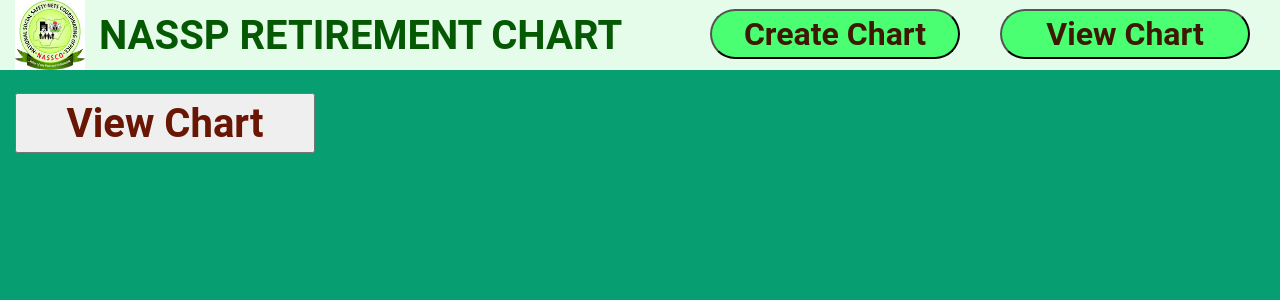
Repository: sheddy1/nasspchart
Page: http://localhost/
An editor plug-in stored every save of this project. The page is shown before and after the next save, followed by the edit.
The browser window is 1280 px wide. The pictures show the whole page.
The page is run by PHP 8.4 with error messages shown; the project is at /var/www/html/.

Above is the page before, as saved 2022-04-06 17:22:59.

### index.php
<!DOCTYPE html>
<html lang="en">
<head>
    <meta charset="UTF-8">
    <meta http-equiv="X-UA-Compatible" content="IE=edge">
    <meta name="viewport" content="width=device-width, initial-scale=1.0">
    <title>NASSP CHART</title>

    <link rel="stylesheet" href="index1.css">
</head>

<body>
    <div id="header">
        <img src="images/images.jpg" class="logo-image">

        <label class="logo-text">NASSP RETIREMENT CHART</label>

        <form action="" method="POST">
            <button class="view-chart" name="view-chart">
                View Chart
            </button>

            <button class="create-chart" name="create-chart">
                Create Chart
            </button>
        </form>
    </div>

    <input type="text">

    <?php
        $page = 2;
        $edit_chart = 1;

        if(isset($_POST['view-chart']))
        {
            // echo"<script>alert('you can view chart')</script>";
            $page = 2;

        }

        if(isset($_POST['create-chart']))
        {
            //  echo"<script>alert('you can create chart')</script>";

            $page = 1;
        }


         if($page == 1)
        {
            $user = "root";
            $pass = "";
            $db ="nassp";
            $db = new mysqli('localhost',$user,$pass,$db)
            or die("could not connect");

            $con1="SELECT * FROM employee ";

            $con1a = mysqli_query($db,$con1);

            $con1b  = mysqli_num_rows($con1a);

          $no1= $con1b;

            echo "
                <form method='POST' action=''>
                    <div id='chart-name'>
                        <label class='chartname1'>
                        Chart Name
                        </label>

                        <input type='text' class='chart-name-text' name='chart-name-text'>
                    </div>

                    <div id='chart-month'>
                        <label class='chartname1'>
                        Chart Month
                        </label>

                        <select name='chart-month-select'
                         class='chart-name-text'>
                            <option value='1'>January</option>
                            <option value='2'>Febuary</option>
                            <option value='3'>March</option>
                            <option value='4'>April</option>
                            <option value='5'>May</option>
                            <option value='6'>June</option>
                            <option value='7'>July</option>
                            <option value='8'>August</option>
                            <option value='9'>September</option>
                            <option value='10'>October</option>
                            <option value='11'>November</option>
                            <option value='12'>December</option>
                        </select>
                    </div>

                    <div id='employees'>
             <label class='chartname1'>
             Employees Name
             </label>

             <div class='employee-div1'>

             <table class='employees-table'>

             <tr class='employees-table-row'>
                 <th>Employees</th>
                 </tr>

             ";
             for($x = 0; $x<$no1; $x++)
             {
                 $row = mysqli_fetch_array($con1a);

                 echo"<tr class='employees-table-row1'><th>".$row['employee']."</th></tr  >";
             }
             echo"

             </table>
             </div>

         </div>

            <input type ='submit' value='Create Chart' name='btn-chart' class='btn-chart'>

            </form>";





            echo"
            <form method='POST' action=''>
            <div id='add-employee'>
                    <label class='chartname1'>
                    Add Employee
                    </label>

                    <input type='text'
                     class='chart-name-text' name='employee-name-text'>

                     <button type='submit' id ='add-employee-button'
                     name='add-employee-button'>
                        Add Employee
                     </button>


                </div>
                </form>
            ";



        }

        else if($page == 2)
        {
            echo"
                <form method='POST' action=''>
                    <button class='view-chart2' name='view_chart2'>
                        View Chart
                    </button>
                    <button name='edit_chart2' name='edit_chart2'>
                        Edit Chart
                    </button>
                </form>
            ";

            if(isset($_POST['edit_chart2']))
            {
               echo"
               <script>
               alert('God is good')
           </script>
               ";
            }
        }

        if(isset($_POST['add-employee-button']))
        {
            header("refresh: 0;");

            $employee = $_POST['employee-name-text'];

            // echo"<script>alert('the stuff is');</script>";

            $user = "root";
            $pass = "";
            $db ="nassp";
            $db = new mysqli('localhost',$user,$pass,$db)
            or die("could not connect");

            $open = "open";

            $insert_employee = "INSERT INTO employee (employee) VALUES ('$employee')";

            mysqli_query($db,$insert_employee);

            mysqli_close($db);




        }

        if(isset($_POST['btn-chart']))
        {
            // header("refresh: 3;");

            // location.reload();

            echo"<script>alert('posted');</script>";

            $name = $_POST['chart-name-text'];

            $month = $_POST['chart-month-select'];

            $user = "root";
            $pass = "";
            $db ="nassp";
            $db = new mysqli('localhost',$user,$pass,$db)
            or die("could not connect");

            $con1="SELECT * FROM employee";

            $con1a = mysqli_query($db,$con1);

            $con1b  = mysqli_num_rows($con1a);

            $no1= $con1b;

            $open = "open";

            $closed = "closed";

            $row = mysqli_fetch_array($con1a);

            $employee = $row['employee'];

            $idnum = rand(10000,99999);


            for($x = -1; $x<=$no1; $x++)
                 {
                    $row = mysqli_fetch_assoc($con1a);

                    $employee = $row['employee'];

                    // echo"<tr class='employees-table-row1'><th>".$row['employee']."</th></tr  >";

                    $insert_chart = "INSERT INTO employees (employee,table1,month1,id,`1`,`2`,`3`,`4`,`5`,`6`,`7`,`8`,`9`,`10`,`11`,`12`,`13`,`14`,`15`,`16`,`17`,`18`,`19`,`20`,`21`,`22`,`23`,`24`,`25`,`26`,`27`,`28`,`29`,`30`,`31`) VALUES
                    ('$employee','$name','$month','$idnum','$open','$open','$open','$open','$open','$open','$open','$open','$open','$open','$open','$open','$open','$open','$open','$open','$open','$open','$open','$open','$open','$open','$open','$open','$open','$open','$open','$open','$open','$open','$open')";

                    mysqli_query($db,$insert_chart);
                }

                $page = 2;
        }

        // if(isset($_POST['chart-name-text']))
        // {
        //     echo"<script>alert('the stuff is');</script>";
        // }
    ?>
</body>
</html>

### index1.css
body{
    background-color: #079E71;
}

#header{
 height: 70px;
width: 100%;
position: absolute;
left: 0px;
top: 0px;
border-radius: 0px;
background: #E5FCEA;
}

.logo-image{
    position: absolute;
width: 70px;
height: 70px;
left: 15px;
top: 0px;
}

.logo-text{
    position: absolute;
width: 700px;
height: 47px;
left: 99px;
top: 12px;

font-family: 'Roboto';
font-style: normal;
font-weight: 700;
font-size: 40px;
line-height: 47px;
/* identical to box height */


color: #055903;
}

.view-chart{
    position: absolute;
width: 250px;
height: 50px;
right: 30px;
top: 9px;

background: #4BFF73;
border-radius: 50px;

font-family: 'Roboto';
font-style: normal;
font-weight: 700;
font-size: 32px;
line-height: 38px;
/* identical to box height */


color: #3F1802;
}

.create-chart{
    position: absolute;
width: 250px;
height: 50px;
right: 320px;
top: 9px;

background: #4BFF73;
border-radius: 50px;

font-family: 'Roboto';
font-style: normal;
font-weight: 700;
font-size: 32px;
line-height: 38px;
/* identical to box height */


color: #3F1802;
}

#chart-name{
    position: absolute;
width: 570px;
height: 137px;
left: 80px;
top: 100px;
/* background-color: red; */
}

.chartname1{
    position: absolute;
left: 0px;
top: 0px;

font-family: 'Roboto';
font-style: normal;
font-weight: 700;
font-size: 40px;
line-height: 47px;
/* identical to box height */


color: #FFFFFF;
}

.chart-name-text{
    position: absolute;
width: 562px;
height: 55px;
left: 0px;
bottom: 0px;
font-size:40px;
background: #ffffff;
}

#chart-month{
    position: absolute;
width: 570px;
height: 137px;
right: 80px;
top: 100px;
/* background-color: red; */
}

#employees{
    position: absolute;
width: 570px;
height: 137px;
left: 80px;
top: 300px;
/* background-color: red; */
}

.employee-div1{
    position: absolute;
width: 562px;
height: 300px;
left: 0px;
top: 70px;
overflow: auto;
font-size: 30px;
background: #ffffff;
text-align: center;
}

.employees-table{
    text-align: center;
    width: 100%;
    height: 100%;
}

.employees-table-row{
    text-align: center;
width: 100%;
height: 50px;
background: #DCD884;
}

.employees-table-row1{
    text-align: center;
width: 100%;
height: 50px;

}

#add-employee{
    position: absolute;
width: 570px;
height: 137px;
right: 80px;
top: 300px;
/* background-color: red; */
}

#add-employee-button{
    position: absolute;
width: 400px;
height: 50px;
left: 0px;
top: 170px;
font-weight: bold;
font-size: 30px;
background: #C4C4C4;
border-radius: 50px;
box-shadow: 0px 20px 20px 0px;
}


.btn-chart{
    position: absolute;
    width: 400px;
    height: 50px;
    right: 250px;
    top: 600px;
    font-weight: bold;
    font-size: 30px;
    background: #C4C4C4;
    border-radius: 50px;
    box-shadow: 0px 20px 20px 0px;
}

/* code for second page */
.view-chart2{
position: absolute;
width: 300px;
height: 60px;
left: 15px;
top: 93px;

font-family: 'Roboto';
font-style: normal;
font-weight: 700;
font-size: 40px;
line-height: 47px;
color: #691604;

}

.edit_chart2{
    position: absolute;
width: 300px;
height: 60px;
left: 348px;
top: 93px;

    font-family: 'Roboto';
    font-style: normal;
    font-weight: 700;
    font-size: 40px;
    line-height: 47px;
    color: #691604;

    }

After the next save:
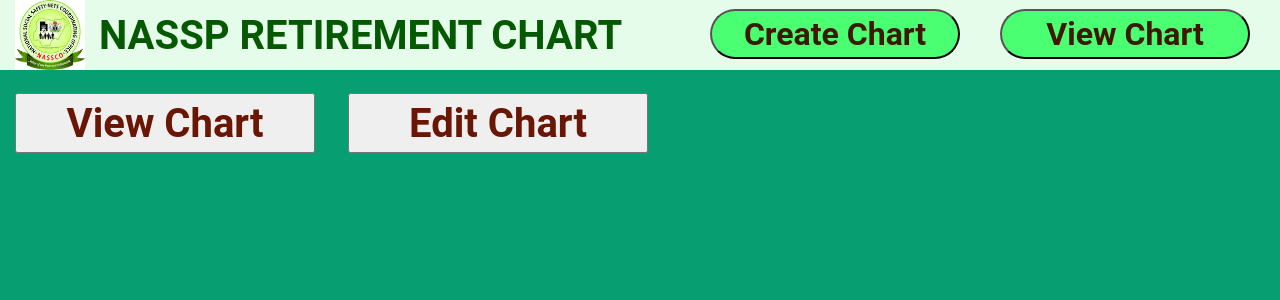
Saved 20 s later.
--- a/index.php
+++ b/index.php
@@ -161,7 +161,7 @@
                     <button class='view-chart2' name='view_chart2'>
                         View Chart
                     </button>
-                    <button name='edit_chart2' name='edit_chart2'>
+                    <button name='edit_chart2' class='edit_chart2'>
                         Edit Chart
                     </button>
                 </form>
